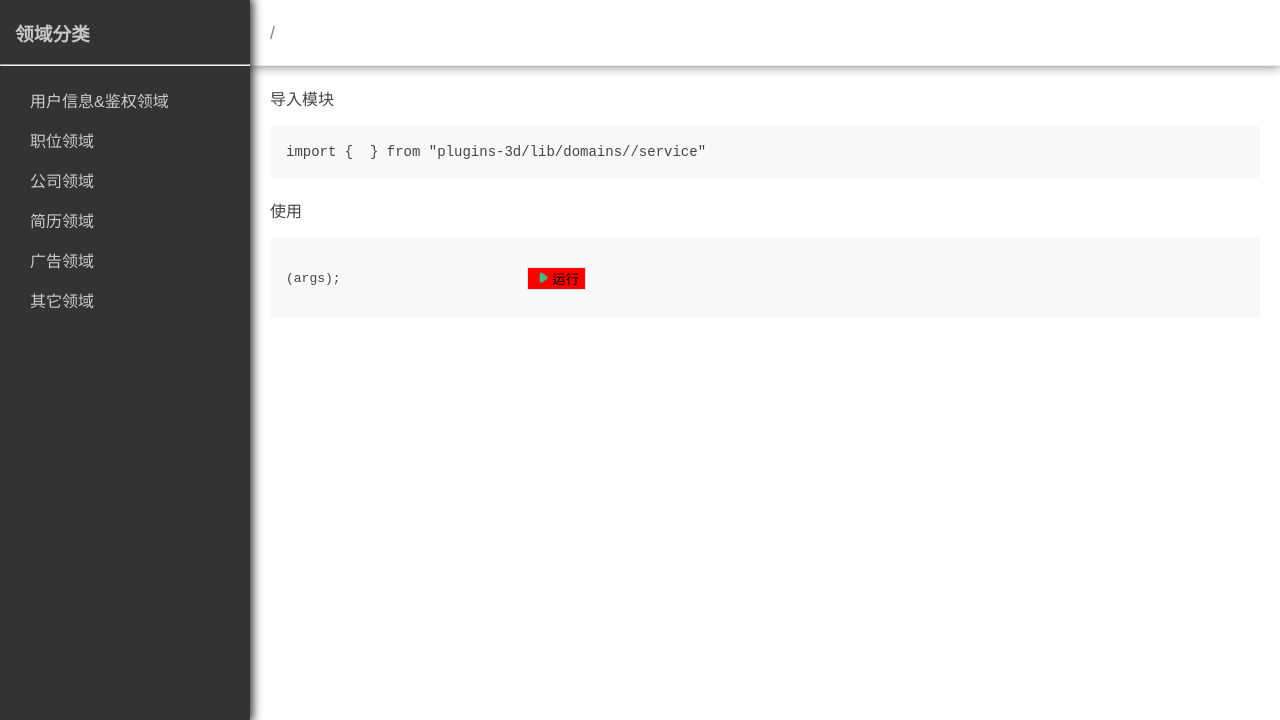
Repository: lsliangshan/inig-3d-doc
Page: /detail
The author's editor kept a copy of each file at every save. The page is drawn from the files as they stood at one save, then again after the next save.
The browser window is 1280 px wide. The pictures show the whole page.
The first visible `.form_footer .btn_run` is being pressed.
An inner scrolling area shows only its first screen. The project was rebuilt for these pictures with package versions that can differ from the ones it lists, and the page was loaded fresh each time. Also part of the build but not shown: vue.config.js, src/components/HelloWorld.vue, src/views/Home.vue, src/components/User.vue, src/components/Position.vue, src/components/Company.vue, src/components/Resume.vue, src/components/Ads.vue and 1 more. Imported but missing from the stored project, and not drawn on this page: ../plugins-3d/lib/domains/job/service, ../plugins-3d/lib/domains/user/service.

Above is the page before, as saved 2019-08-08 22:16:26.

### public/index.html
<!DOCTYPE html>
<html lang="en">
  <head>
    <meta charset="utf-8">
    <meta http-equiv="X-UA-Compatible" content="IE=edge">
    <meta name="viewport" content="width=device-width,initial-scale=1.0">
    <link rel="icon" href="<%= BASE_URL %>favicon.ico">
    <title>test-3d</title>
  </head>
  <body>
    <noscript>
      <strong>We're sorry but test-3d doesn't work properly without JavaScript enabled. Please enable it to continue.</strong>
    </noscript>
    <div id="app"></div>
    <!-- built files will be auto injected -->
  </body>
</html>

### src/App.vue
<template>
  <div id="app">
    <div class="nav">
      <h3>领域分类</h3>
      <hr>
      <ul>
        <li v-for="(domain, index) in menus"
            :key="index">
          <a href="javascript: void(0)"
             :class="{active: $route.params && (domain.name === $route.params.domain) }"
             @click="toggleMenu(index)">{{domain.label}}</a>
          <div class="sub_items"
               :style="{height: index === openedMenu ? (domain.children.length * 40 + (domain.children.length > 0 ? 20 : 0) + 'px') : 0}">
            <div class="sub_item_inner"
                 :style="{padding: domain.children.length > 0 ? '5px 15px' : '0'}">
              <div class="sub_item"
                   v-for="(item, index) in domain.children"
                   :key="index">
                <a href="javascript: void(0)"
                   :class="{active: $route.params.methods === item.name}"
                   @click="navigateTo(domain.name, item.name, item.params, item.label)">{{item.label}}</a>
              </div>
            </div>
          </div>
        </li>
      </ul>
    </div>
    <div class="content">
      <div class="inner">
        <router-view :params="currentParems" />
      </div>
    </div>
    <all-svgs></all-svgs>
  </div>
</template>
<script>
  export default {
    name: 'App',
    components: {
      AllSvgs: () => import('./Svgs')
    },
    data () {
      return {
        openedMenu: -1,
        activeSubMenu: '',
        currentParems: {},
        menus: [
          {
            label: '用户信息&鉴权领域',
            name: 'user',
            children: [
              {
                label: '登录',
                name: 'login',
                params: {
                  'username': {
                    type: 'String',
                    default: 'ls',
                    label: '用户名'
                  },
                  'password': {
                    type: 'String',
                    default: '123123',
                    label: '密码'
                  }
                }
              },
              {
                label: '注册',
                name: 'register',
                params: {}
              },
              {
                label: '获取用户详情',
                name: 'getUserDetail',
                params: {}
              }
            ]
          },
          {
            label: '职位领域',
            name: 'job',
            children: [
              {
                label: '获取职位详情',
                name: 'requestJobDetail',
                params: {
                  'number': {
                    type: 'String',
                    default: '',
                    label: '职位详情'
                  }
                }
              },
              {
                label: '获取相似职位',
                name: 'requestSimilarJobs',
                params: {
                  'number': {
                    type: 'String',
                    default: '',
                    label: '职位详情'
                  }
                }
              },
              {
                label: '获取在招职位',
                name: 'requestAreaJobs',
                params: {
                  'number': {
                    type: 'String',
                    default: '',
                    label: '职位详情'
                  }
                }
              },
              {
                label: '获取在招职位所在城市',
                name: 'requestAreaJobCity',
                params: {
                  'number': {
                    type: 'String',
                    default: '',
                    label: '职位详情'
                  }
                }
              },
              {
                label: '收藏职位',
                name: 'requestJobCollection',
                params: {
                  'number': {
                    type: 'String',
                    default: '',
                    label: '职位详情'
                  }
                }
              },
              {
                label: '投递职位',
                name: 'requestJobDeliver',
                params: {
                  'number': {
                    type: 'String',
                    default: '',
                    label: '职位详情'
                  }
                }
              },
              {
                label: '获取职位投递状态',
                name: 'requestJobDeliverStatus',
                params: {
                  'number': {
                    type: 'String',
                    default: '',
                    label: '职位详情'
                  }
                }
              },
              {
                label: '获取最佳雇主',
                name: 'requestBestEmployer',
                params: {
                  'number': {
                    type: 'String',
                    default: '',
                    label: '职位详情'
                  }
                }
              },
              {
                label: '获取最佳雇主评论',
                name: 'requestBestEmployerComment',
                params: {
                  'number': {
                    type: 'String',
                    default: '',
                    label: '职位详情'
                  }
                }
              },
              {
                label: '获取职位的小程序二维码',
                name: 'requestJobMpQrcode',
                params: {
                  'number': {
                    type: 'String',
                    default: '',
                    label: '职位详情'
                  }
                }
              }
            ]
          },
          {
            label: '公司领域',
            name: 'company',
            children: [

            ]
          },
          {
            label: '简历领域',
            name: 'resume',
            children: [

            ]
          },
          {
            label: '广告领域',
            name: 'ads',
            children: [

            ]
          },
          {
            label: '其它领域',
            name: 'other',
            children: [

            ]
          }
        ]
      }
    },
    created () {
      this.openedMenu = this.findOpenedMenuIndex()
      this.currentParems = this.findCurrentParams()
    },
    methods: {
      toggleMenu (index) {
        this.openedMenu = (this.openedMenu === index ? -1 : index)
      },
      findCurrentParams () {
        let i = 0
        let menus = this.menus
        let outParams = []
        for (i; i < menus.length; i++) {
          if (menus[i].name != this.$route.params.domain) {
            continue
          } else {
            for (let j = 0; j < menus[i].children.length; j++) {
              if (menus[i].children[j].name !== this.$route.params.methods) {
                continue
              } else {
                outParams = menus[i].children[j].params
                j = menus[i].children.length
              }
            }
          }
        }
        return outParams
      },
      findOpenedMenuIndex () {
        let i = 0
        let outIndex = -1
        let menus = this.menus
        for (i; i < menus.length; i++) {
          if (this.$route.params.domain === menus[i].name) {
            outIndex = i
            i = menus.length
          }
        }
        return outIndex
      },
      navigateTo (domain, methods, params, label) {
        this.currentParems = params
        document.title = label
        this.$router.replace({
          path: '/' + domain + '/' + methods
        })
      }
    }
  }
</script>

<style>
  body,
  html {
    width: 100%;
    height: 100%;
    padding: 0;
    margin: 0;
  }
  #app {
    font-family: "Avenir", Helvetica, Arial, sans-serif;
    -webkit-font-smoothing: antialiased;
    -moz-osx-font-smoothing: grayscale;
    color: #2c3e50;
    width: 100%;
    height: 100%;
    display: flex;
    flex-direction: row;
  }
  .nav {
    width: 250px;
    height: 100%;
    background-color: #333;
    box-shadow: 0 0 10px 2px #111;
    z-index: 2;
  }
  .nav h3 {
    padding: 0 15px;
    box-sizing: border-box;
    color: #c8c8c8;
  }
  .nav ul {
    height: calc(100% - 100px);
    overflow-y: auto;
  }
  .nav ul li {
    list-style: none;
  }
  .nav ul li {
    position: relative;
    /* height: 48px; */
    display: flex;
    flex-direction: column;
  }
  .nav ul li > a {
    line-height: 40px;
    color: #ccc;
    text-decoration: none;
    transition: color 0.1s ease-in-out;
  }
  .nav ul li > a:hover {
    color: #aaa;
  }
  .nav ul li > a.active {
    color: #42b983 !important;
  }
  .nav ul {
    padding-left: 30px;
  }
  .nav .sub_items {
    width: 100%;
    transition: all 0.25s cubic-bezier(0.215, 0.61, 0.355, 1);
    transform-origin: 50% 0;
    overflow: hidden;
  }
  .nav .sub_items .sub_item_inner {
    box-sizing: border-box;
    background-color: #383838;
    border-radius: 5px;
    box-shadow: 0 0 10px #303030 inset;
  }
  .nav .sub_items .sub_item_inner .sub_item > a {
    display: flex;
    font-size: 14px;
    color: #888;
    line-height: 40px;
    text-decoration: none;
    transition: all 0.1s linear;
  }
  .nav .sub_items .sub_item_inner .sub_item > a:hover {
    color: #ccc;
  }
  .nav .sub_items .sub_item_inner .sub_item > a.active {
    color: #42b983 !important;
    font-size: 15px;
  }

  .content {
    flex: 1;
    height: 100%;
    overflow-y: auto;
    /* padding: 15px; */
    box-sizing: border-box;
    display: flex;
    flex-direction: row;
    align-items: flex-start;
  }
  .content .inner {
    width: 100%;
    height: 100%;
  }
</style>

### src/router.js
import Vue from 'vue'
import Router from 'vue-router'
import Home from './views/Home.vue'
import DomainUser from './components/User'
import DomainPosition from './components/Position'
import DomainCompany from './components/Company'
import DomainResume from './components/Resume'
import DomainAds from './components/Ads'
import DomainOther from './components/Other'

import DomainDetail from './components/Detail'

Vue.use(Router)

export default new Router({
  mode: 'history',
  base: process.env.BASE_URL,
  routes: [
    {
      path: '/',
      redirect: '/user'
    },
    {
      path: '/user',
      name: 'DomainUser',
      // route level code-splitting
      // this generates a separate chunk (about.[hash].js) for this route
      // which is lazy-loaded when the route is visited.
      // component: () => import(/* webpackChunkName: "about" */ './components/User.vue')
      component: DomainUser
    },
    {
      path: '/position',
      name: 'DomainPosition',
      component: DomainPosition
    },
    {
      path: '/company',
      name: 'DomainCompany',
      component: DomainCompany
    },
    {
      path: '/resume',
      name: 'DomainResume',
      component: DomainResume
    },
    {
      path: '/ads',
      name: 'DomainAds',
      component: DomainAds
    },
    {
      path: '/other',
      name: 'DomainOther',
      component: DomainOther
    },
    {
      path: '/:domain/:methods',
      name: 'Detail',
      component: DomainDetail
    },
    {
      path: '/detail',
      name: 'Detail2',
      component: DomainDetail
    }
  ]
})

### src/Svgs.vue
<template>
  <svg xmlns="http://www.w3.org/2000/svg"
       xmlnsXlink="http://www.w3.org/1999/xlink"
       style="position: absolute; width: 0; height: 0">
    <defs>

      <symbol viewBox="0 0 1024 1024"
              id="copy">
        <path d="M672 832 224 832c-52.928 0-96-43.072-96-96L128 160c0-52.928 43.072-96 96-96l448 0c52.928 0 96 43.072 96 96l0 576C768 788.928 724.928 832 672 832zM224 128C206.368 128 192 142.368 192 160l0 576c0 17.664 14.368 32 32 32l448 0c17.664 0 32-14.336 32-32L704 160c0-17.632-14.336-32-32-32L224 128zM800 960 320 960c-17.664 0-32-14.304-32-32s14.336-32 32-32l480 0c17.664 0 32-14.336 32-32L832 256c0-17.664 14.304-32 32-32s32 14.336 32 32l0 608C896 916.928 852.928 960 800 960zM544 320 288 320c-17.664 0-32-14.336-32-32s14.336-32 32-32l256 0c17.696 0 32 14.336 32 32S561.696 320 544 320zM608 480 288.032 480c-17.664 0-32-14.336-32-32s14.336-32 32-32L608 416c17.696 0 32 14.336 32 32S625.696 480 608 480zM608 640 288 640c-17.664 0-32-14.304-32-32s14.336-32 32-32l320 0c17.696 0 32 14.304 32 32S625.696 640 608 640z"></path>
      </symbol>

      <symbol viewBox="0 0 1024 1024"
              id="play">
        <path d="M713.896 393.15l-240-158.691c-80.996-54.004-150-17.987-150 80.996v360c0 98.73 65.703 134.707 150 80.703l240-158.711c80.724-60 80.724-150 0-203.984v-0.313z"></path>
      </symbol>
    </defs>
  </svg>
</template>

### src/components/Detail.vue
<template>
  <div class="detail_container">
    <headers></headers>
    <div class="detail_content_container">
      <detail-content :params="params"></detail-content>
    </div>
    <!-- <p v-if="$route.params.domain">领域：{{$route.params.domain}}</p>
    <p v-if="$route.params.methods">方法：{{$route.params.methods}}</p> -->
  </div>
</template>
<style scoped>
  .detail_container {
    width: 100%;
    height: 100%;
  }
  .detail_content_container {
    width: 100%;
    height: calc(100% - 66px);
    box-sizing: border-box;
  }
</style>

<script>
  export default {
    name: 'Detail',
    components: {
      Headers: () => import('./parts/Headers.vue'),
      DetailContent: () => import('./parts/DetailContent.vue')
    },
    props: {
      params: {
        type: Object,
        default () {
          return {}
        }
      }
    },
    data () {
      return {}
    },
    mounted () {

    }
  }
</script>

### src/components/parts/Headers.vue
<template>
  <div class="detail_header">
    <a href="javascript: void(0)">{{$route.params.domain}} / {{$route.params.methods}}</a>
    <!-- <div class="detail_header_right">
      <div class="import_text"
           :class="{show: !miniScreen}"
           title="点击复制">
        import { {{$route.params.methods}} } from "plugins-3d/lib/domains/{{$route.params.domain}}/service"
      </div>
      <svg>
        <use xlink:href="#copy"></use>
      </svg>
    </div> -->
  </div>
</template>
<style scoped>
  .detail_header {
    position: sticky;
    top: 0;
    width: 100%;
    height: 66px;
    background-color: #fff;
    box-shadow: 0 1px 10px #888;
    padding: 0 20px;
    box-sizing: border-box;
    border-bottom: 1px solid #eee;
    display: flex;
    flex-direction: row;
    align-items: center;
    justify-content: space-between;
  }
  .detail_header a {
    max-width: 320px;
    height: 66px;
    font-size: 18px;
    color: #888;
    line-height: 40px;
    text-decoration: none;
    display: inline-flex;
    flex-direction: row;
    align-items: center;
    justify-content: flex-start;
  }
  .detail_header_right {
    height: 66px;
    width: calc(100% - 320px);
    display: inline-flex;
    flex-direction: row;
    align-items: center;
    justify-content: flex-end;
  }
  .import_text {
    max-width: 80%;
    margin-right: 15px;
    color: #888;
    text-align: right;
    transition: all 0.03s ease-in-out;
    opacity: 0;
  }
  .import_text.show {
    opacity: 1;
  }
  .detail_header_right svg {
    width: 24px;
    height: 24px;
    fill: #888;
    transition: all 0.2s linear;
    cursor: pointer;
  }
  .detail_header_right svg:hover {
    fill: #333;
  }
</style>

<script>
  export default {
    name: 'DetailHeader',
    props: {},
    data () {
      return {
        miniScreen: true
      }
    },
    mounted () {
      window.addEventListener('resize', this.resetMiniScreen, false)
    },
    methods: {
      resetMiniScreen () {
        this.miniScreen = (document.documentElement.offsetWidth < 1200)
      }
    }
  }
</script>

### src/components/parts/DetailContent.vue
<template>
  <div class="detail_container">
    <div class="highlight">
      <p>导入模块</p>
      <div class="highlight_code">
        <pre>import { {{$route.params.methods}} } from "plugins-3d/lib/domains/{{$route.params.domain}}/service"</pre>
        <svg>
          <use xlink:href="#copy"></use>
        </svg>
      </div>
    </div>
    <div class="highlight">
      <p>使用</p>
      <!-- <pre>{{JSON.stringify(params, null, 2)}}</pre> -->
      <div class="form_container">
        <form class="methods_form"
              action="javascript:void(0)">
          <div class="form_item"
               v-for="(value, key) in params"
               :key="key">
            <label :for="key">{{value.label}}
              <!-- <pre style="display: inline;">&#9;</pre> -->
            </label>
            <input type="text"
                   class="custom_input"
                   :id="key"
                   :value="value.default"
                   :placeholder="'请输入' + value.label"
                   :name="key" />
          </div>
          <div class="form_footer">
            <code>{{$route.params.methods}}(args);</code>
            <button class="btn_run">
              <svg>
                <use xlink:href="#play"></use>
              </svg>
              运行
            </button>
          </div>
        </form>
      </div>
    </div>
    <div class="detail_content"
         style="height: 2000px;"></div>
  </div>
</template>
<style scoped>
  .detail_container {
    width: 100%;
    height: 100%;
    color: #444;
    overflow: auto;
  }
  .import_text {
    position: sticky;
    left: 0;
    top: 0;
    width: 100%;
    height: 48px;
    padding: 0 20px;
    box-sizing: border-box;
    display: flex;
    flex-direction: row;
    align-items: center;
    justify-content: flex-start;
    background-color: #ffffff;
  }
  .highlight {
    padding: 0 20px;
    margin-top: 20px;
    box-sizing: border-box;
  }
  .highlight_code {
    position: relative;
  }
  .highlight_code pre {
    background-color: #f6f8fa;
    border-radius: 3px;
    font-size: 14px;
    line-height: 1.45;
    overflow: auto;
    padding: 16px;
  }
  .highlight_code svg {
    fill: #444;
    position: absolute;
    top: 5px;
    right: 5px;
    width: 20px;
    height: 20px;
    display: flex;
    flex-direction: row;
    align-items: center;
    justify-content: center;
    cursor: pointer;
    opacity: 0;
    transition: all 0.2s ease-in-out;
  }
  .highlight_code:hover svg {
    opacity: 1;
  }

  .form_container {
    width: 100%;
    padding: 16px;
    box-sizing: border-box;
    background-color: #f6f8fa;
  }
  .methods_form {
    width: 300px;
    display: flex;
    flex-direction: column;
  }
  .methods_form .form_item {
    width: 100%;
    margin: 10px 0;
    display: flex;
    flex-direction: row;
    align-items: center;
    justify-content: space-between;
  }
  .custom_input {
    display: inline-block;
    width: 200px;
    height: 32px;
    line-height: 1.5;
    padding: 4px 7px;
    box-sizing: border-box;
    font-size: 14px;
    border: 1px solid #dcdee2;
    border-radius: 4px;
    color: #515a6e;
    background-color: #fff;
    background-image: none;
    position: relative;
    cursor: text;
    transition: border 0.2s ease-in-out, background 0.2s ease-in-out,
      box-shadow 0.2s ease-in-out;
  }
  .form_footer {
    width: 300px;
    height: 48px;
    display: flex;
    flex-direction: row;
    align-items: center;
    justify-content: space-between;
  }
  .form_footer .btn_run {
    border: 1px solid #e0e0e0;
    background-color: #fefefe;
    transition: all 0.2s ease-in-out;
    cursor: pointer;
    display: flex;
    flex-direction: row;
    align-items: center;
    justify-content: space-between;
  }
  .form_footer .btn_run:focus {
    outline: none;
  }
  .form_footer .btn_run:active {
    background-color: red;
  }
  .form_footer .btn_run svg {
    fill: #42b983;
    width: 18px;
    height: 18px;
  }
</style>

<script>
  export default {
    name: 'DetailContent',
    props: {
      params: {
        type: Object,
        default () {
          return {}
        }
      }
    },
    data () {
      return {}
    }
  }
</script>

Loaded but not shown: src/main.js (common file); src/store.js (common file)

After the next save:
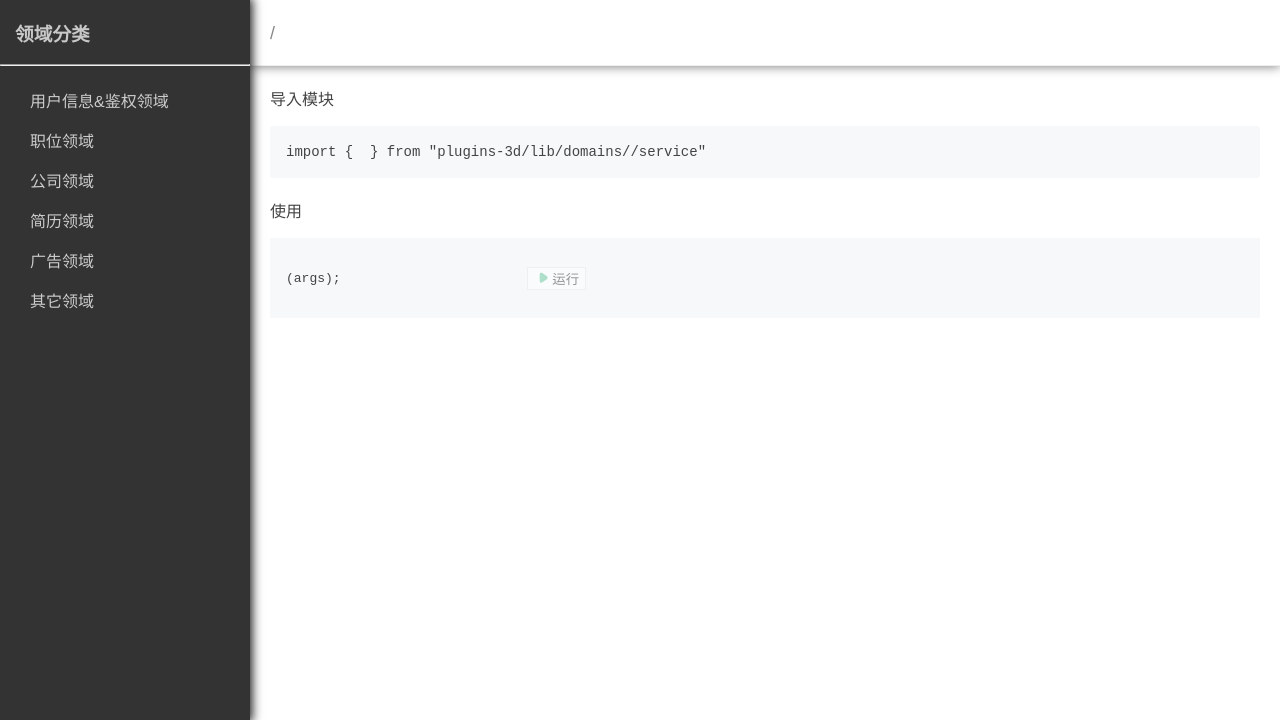
Saved 53 s later.
--- a/src/components/parts/DetailContent.vue
+++ b/src/components/parts/DetailContent.vue
@@ -159,7 +159,7 @@
     outline: none;
   }
   .form_footer .btn_run:active {
-    background-color: red;
+    opacity: 0.4;
   }
   .form_footer .btn_run svg {
     fill: #42b983;
